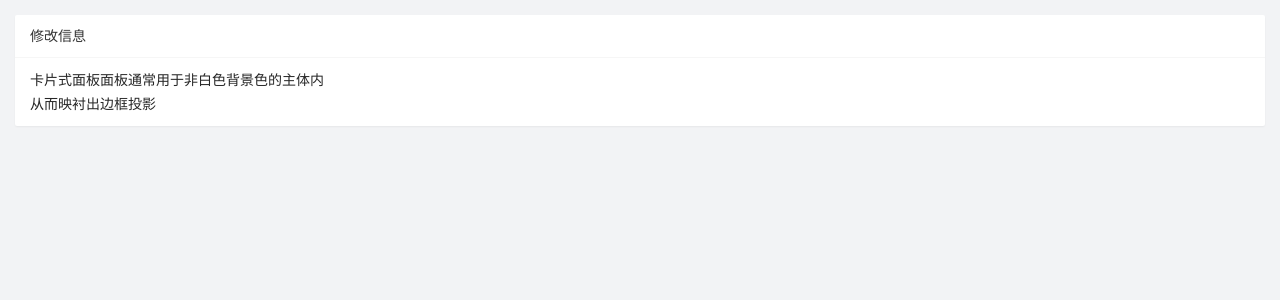
Repository: 1zhoukexin/web_aad
Page: user/user_info.html
These files come from the project's save history. The page is drawn as it stood at one moment and after the next save; the edit follows.
The browser window is 1280 px wide. The pictures show the whole page.

Above is the page before, as saved 2021-04-17 12:19:53.

### user/user_info.html
<!DOCTYPE html>
<html lang="en">

<head>
    <meta charset="UTF-8">
    <meta http-equiv="X-UA-Compatible" content="IE=edge">
    <meta name="viewport" content="width=device-width, initial-scale=1.0">
    <title>Document</title>
    <link rel="stylesheet" href="/assets/lib/layui/css/layui.css">
    <link rel="stylesheet" href="/assets/css/user/user_info.css">

</head>

<body>
    <!-- 卡片区 -->
    <div class="layui-card">
        <div class="layui-card-header">修改信息</div>
        <div class="layui-card-body">
            卡片式面板面板通常用于非白色背景色的主体内<br> 从而映衬出边框投影
        </div>
    </div>
</body>

</html>

### assets/css/user/user_info.css
html {
    padding: 0;
    margin: 0;
}

body {
    background-color: #f2f3f5;
    padding: 15px;
}

Loaded but not shown: assets/lib/layui/css/layui.css (library)

After the next save:
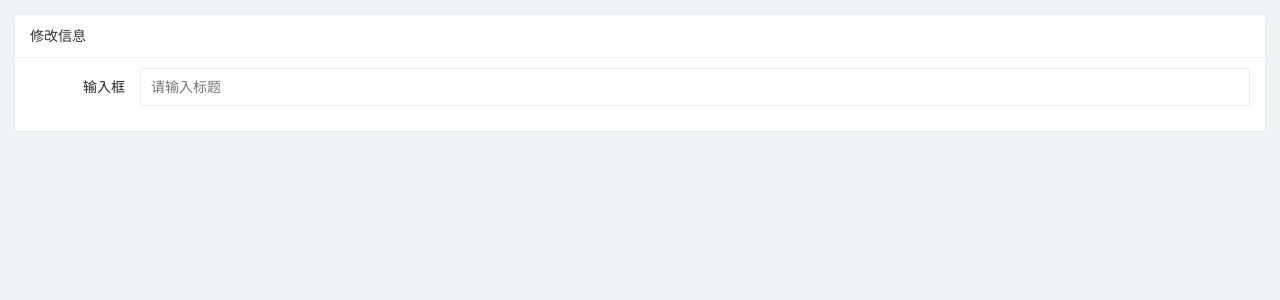
Saved 116 s later.
--- a/user/user_info.html
+++ b/user/user_info.html
@@ -16,7 +16,16 @@
     <div class="layui-card">
         <div class="layui-card-header">修改信息</div>
         <div class="layui-card-body">
-            卡片式面板面板通常用于非白色背景色的主体内<br> 从而映衬出边框投影
+
+            <!-- //form表单区 -->
+            <form class="layui-form" action="">
+                <div class="layui-form-item">
+                    <label class="layui-form-label">输入框</label>
+                    <div class="layui-input-block">
+                        <input type="text" name="title" required lay-verify="required" placeholder="请输入标题" autocomplete="off" class="layui-input">
+                    </div>
+                </div>
+            </form>
         </div>
     </div>
 </body>
